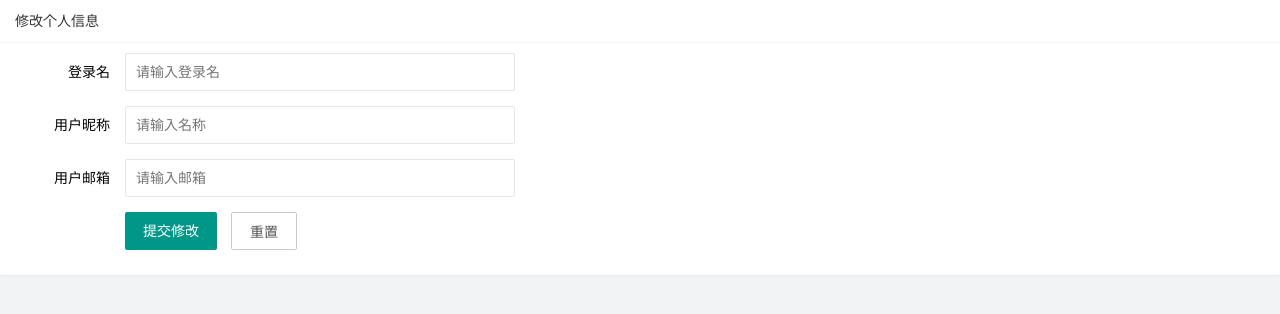
Repository: haloxxi/web_bigevent
Page: user/user-info.html
An editor plug-in stored every save of this project. The page is shown before and after the next save, followed by the edit.
The browser window is 1280 px wide. The pictures show the whole page.

Above is the page before, as saved 2022-06-24 22:08:50.

### user/user-info.html
<!DOCTYPE html>
<html lang="en">

<head>
    <meta charset="UTF-8">
    <meta http-equiv="X-UA-Compatible" content="IE=edge">
    <meta name="viewport" content="width=device-width, initial-scale=1.0">
    <title>Document</title>
    <!-- 先导入layUI的样式css -->
    <link rel="stylesheet" href="/assets/lib/layui/css/layui.css">
    <!-- 再导入自己写的样式css -->
    <link rel="stylesheet" href="/assets/css/user/user-info.css">

</head>

<body>
    <!-- 卡片区域 -->
    <div class="layui-card">
        <div class="layui-card-header">修改个人信息</div>
        <div class="layui-card-body">
            <!-- 这里是form表单 -->
            <form class="layui-form" action="">
                <div class="layui-form-item">
                    <label class="layui-form-label">登录名</label>
                    <div class="layui-input-block">
                        <!-- 只读属性readonly -->
                        <input type="text" name="username" required lay-verify="required" placeholder="请输入登录名" autocomplete="off" class="layui-input" readonly>
                    </div>
                </div>
                <div class="layui-form-item">
                    <label class="layui-form-label">用户昵称</label>
                    <div class="layui-input-block">
                        <!-- 必须还要实现验证nickname的验证规则 -->
                        <input type="text" name="nickname" required lay-verify="required|nickname" placeholder="请输入名称" autocomplete="off" class="layui-input">
                    </div>
                </div>
                <div class="layui-form-item">
                    <label class="layui-form-label">用户邮箱</label>
                    <div class="layui-input-block">
                        <!-- 这里有直接验证规则 email -->
                        <input type="text" name="email" required lay-verify="required|email" placeholder="请输入邮箱" autocomplete="off" class="layui-input">
                    </div>
                </div>
                <div class="layui-form-item">
                    <div class="layui-input-block">
                        <button class="layui-btn" lay-submit lay-filter="formDemo">提交修改</button>
                        <button type="reset" class="layui-btn layui-btn-primary">重置</button>
                    </div>
                </div>
            </form>
        </div>
    </div>

    <!-- 导入layUI的js -->
    <script src="/assets/lib/layui/layui.all.js"></script>
    <!-- 导入jQuery -->
    <script src="/assets/lib/jquery.js"></script>
    <!-- 导入baseAPI -->
    <script src="/assets/js/baseAPI.js"></script>
    <!-- 导入自己的js -->
    <script src="/assets/js/user/user-info.js"></script>



</body>

</html>

### assets/css/user/user-info.css
body,
html {
    margin: 0;
    padding: 0;
}

body {
    background-color: #f2f3f5;
}

.layui-form {
    width: 500px;
}

### assets/js/baseAPI.js
// 注意：每次调用$.get（）/$.ajax()的时候
// 会先调用个ajaxprefilter()这个函数
// 这个函数会给我们Ajax配置一个对象
$.ajaxPrefilter(function(options) {

    // 在发起真正的Ajax之前 统一拼接路径
    options.url = 'http://api-breakingnews-web.itheima.net' + options.url
    console.log(options.url)

    // 统一为有权限的接口设置headers
    // 不是所有都要加headers 只有my开头的需要
    if (options.url.indexOf('/my/') !== -1) {
        options.headers = {
            Authorization: localStorage.getItem('token') || ''
        }
    }

    // 全局挂载complete回调函数
    options.complete = function(res) {
        console.log('执行了complete回调')
        console.log(res)
            // 在complete函数中可以那倒res.responseJSON拿到响应回来的数据
        if (res.responseJSON.status === 1 && res.responseJSON.message === '身份认证失败！') {
            // 1-强制清空
            localStorage.removeItem('token')
                // 2-强制跳转登录页面
            location.href = '/login.html'
        }
    }
})

### assets/js/user/user-info.js
$(function() {
    var form = layui.form
        // 下边使用到layer提示框 所以要先获取
    var layer = layui.layer

    form.verify({
        nickname: function(value) {
            if (value.length > 6) {
                return '昵称必须1-6个字符之间'
            }
        }
    })
})


// 初始化用户信息
function initUserInfo() {
    $.ajax({
        method: 'GET',
        url: '/my/userinfo',
        success: function(res) {
            if (res.status !== 0) {
                return layer.msg('获取用户信息失败！')
            }
            console.log(res)
        }
    })
}

Loaded but not shown: assets/lib/layui/css/layui.css (library); assets/lib/layui/layui.all.js (library); assets/lib/jquery.js (library); assets/lib/layui/css/modules/laydate/default/laydate.css (library); assets/lib/layui/css/modules/layer/default/layer.css (library); assets/lib/layui/css/modules/code.css (common file)

After the next save:
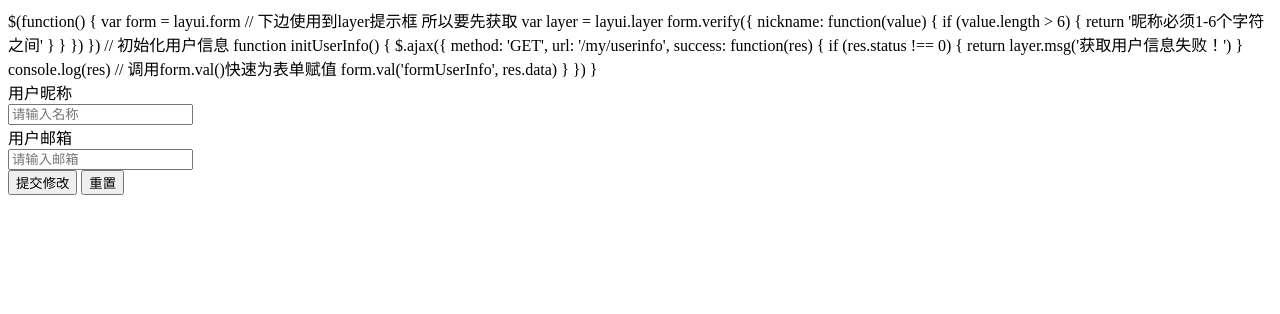
Saved 5 min 58 s later.
--- a/user/user-info.html
+++ b/user/user-info.html
@@ -1,64 +1,37 @@
-<!DOCTYPE html>
-<html lang="en">
+$(function() { var form = layui.form // 下边使用到layer提示框 所以要先获取 var layer = layui.layer form.verify({ nickname: function(value) { if (value.length > 6) { return '昵称必须1-6个字符之间' } } }) }) // 初始化用户信息 function initUserInfo() { $.ajax({ method: 'GET', url: '/my/userinfo',
+success: function(res) { if (res.status !== 0) { return layer.msg('获取用户信息失败！') } console.log(res) // 调用form.val()快速为表单赋值 form.val('formUserInfo', res.data) } }) }
+<div class="layui-form-item">
+    <label class="layui-form-label">用户昵称</label>
+    <div class="layui-input-block">
+        <!-- 必须还要实现验证nickname的验证规则 -->
+        <input type="text" name="nickname" required lay-verify="required|nickname" placeholder="请输入名称" autocomplete="off" class="layui-input">
+    </div>
+</div>
+<div class="layui-form-item">
+    <label class="layui-form-label">用户邮箱</label>
+    <div class="layui-input-block">
+        <!-- 这里有直接验证规则 email -->
+        <input type="text" name="email" required lay-verify="required|email" placeholder="请输入邮箱" autocomplete="off" class="layui-input">
+    </div>
+</div>
+<div class="layui-form-item">
+    <div class="layui-input-block">
+        <button class="layui-btn" lay-submit lay-filter="formDemo">提交修改</button>
+        <button type="reset" class="layui-btn layui-btn-primary">重置</button>
+    </div>
+</div>
+</form>
+</div>
+</div>
 
-<head>
-    <meta charset="UTF-8">
-    <meta http-equiv="X-UA-Compatible" content="IE=edge">
-    <meta name="viewport" content="width=device-width, initial-scale=1.0">
-    <title>Document</title>
-    <!-- 先导入layUI的样式css -->
-    <link rel="stylesheet" href="/assets/lib/layui/css/layui.css">
-    <!-- 再导入自己写的样式css -->
-    <link rel="stylesheet" href="/assets/css/user/user-info.css">
-
-</head>
-
-<body>
-    <!-- 卡片区域 -->
-    <div class="layui-card">
-        <div class="layui-card-header">修改个人信息</div>
-        <div class="layui-card-body">
-            <!-- 这里是form表单 -->
-            <form class="layui-form" action="">
-                <div class="layui-form-item">
-                    <label class="layui-form-label">登录名</label>
-                    <div class="layui-input-block">
-                        <!-- 只读属性readonly -->
-                        <input type="text" name="username" required lay-verify="required" placeholder="请输入登录名" autocomplete="off" class="layui-input" readonly>
-                    </div>
-                </div>
-                <div class="layui-form-item">
-                    <label class="layui-form-label">用户昵称</label>
-                    <div class="layui-input-block">
-                        <!-- 必须还要实现验证nickname的验证规则 -->
-                        <input type="text" name="nickname" required lay-verify="required|nickname" placeholder="请输入名称" autocomplete="off" class="layui-input">
-                    </div>
-                </div>
-                <div class="layui-form-item">
-                    <label class="layui-form-label">用户邮箱</label>
-                    <div class="layui-input-block">
-                        <!-- 这里有直接验证规则 email -->
-                        <input type="text" name="email" required lay-verify="required|email" placeholder="请输入邮箱" autocomplete="off" class="layui-input">
-                    </div>
-                </div>
-                <div class="layui-form-item">
-                    <div class="layui-input-block">
-                        <button class="layui-btn" lay-submit lay-filter="formDemo">提交修改</button>
-                        <button type="reset" class="layui-btn layui-btn-primary">重置</button>
-                    </div>
-                </div>
-            </form>
-        </div>
-    </div>
-
-    <!-- 导入layUI的js -->
-    <script src="/assets/lib/layui/layui.all.js"></script>
-    <!-- 导入jQuery -->
-    <script src="/assets/lib/jquery.js"></script>
-    <!-- 导入baseAPI -->
-    <script src="/assets/js/baseAPI.js"></script>
-    <!-- 导入自己的js -->
-    <script src="/assets/js/user/user-info.js"></script>
+<!-- 导入layUI的js -->
+<script src="/assets/lib/layui/layui.all.js"></script>
+<!-- 导入jQuery -->
+<script src="/assets/lib/jquery.js"></script>
+<!-- 导入baseAPI -->
+<script src="/assets/js/baseAPI.js"></script>
+<!-- 导入自己的js -->
+<script src="/assets/js/user/user-info.js"></script>
 
 
 
--- a/assets/js/user/user-info.js
+++ b/assets/js/user/user-info.js
@@ -23,6 +23,8 @@ function initUserInfo() {
                 return layer.msg('获取用户信息失败！')
             }
             console.log(res)
+                // 调用form.val()快速为表单赋值
+            form.val('formUserInfo', res.data)
         }
     })
 }

After the save that followed:
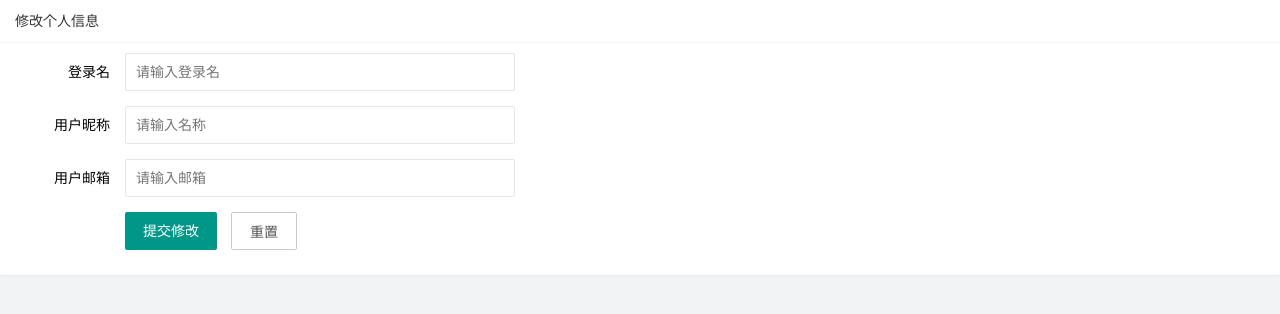
Saved 3 min 14 s later.
--- a/user/user-info.html
+++ b/user/user-info.html
@@ -1,37 +1,65 @@
-$(function() { var form = layui.form // 下边使用到layer提示框 所以要先获取 var layer = layui.layer form.verify({ nickname: function(value) { if (value.length > 6) { return '昵称必须1-6个字符之间' } } }) }) // 初始化用户信息 function initUserInfo() { $.ajax({ method: 'GET', url: '/my/userinfo',
-success: function(res) { if (res.status !== 0) { return layer.msg('获取用户信息失败！') } console.log(res) // 调用form.val()快速为表单赋值 form.val('formUserInfo', res.data) } }) }
-<div class="layui-form-item">
-    <label class="layui-form-label">用户昵称</label>
-    <div class="layui-input-block">
-        <!-- 必须还要实现验证nickname的验证规则 -->
-        <input type="text" name="nickname" required lay-verify="required|nickname" placeholder="请输入名称" autocomplete="off" class="layui-input">
+<!DOCTYPE html>
+<html lang="en">
+
+<head>
+    <meta charset="UTF-8">
+    <meta http-equiv="X-UA-Compatible" content="IE=edge">
+    <meta name="viewport" content="width=device-width, initial-scale=1.0">
+    <title>Document</title>
+    <!-- 先导入layUI的样式css -->
+    <link rel="stylesheet" href="/assets/lib/layui/css/layui.css">
+    <!-- 再导入自己写的样式css -->
+    <link rel="stylesheet" href="/assets/css/user/user-info.css">
+
+</head>
+
+<body>
+    <!-- 卡片区域 -->
+    <div class="layui-card">
+        <div class="layui-card-header">修改个人信息</div>
+        <div class="layui-card-body">
+            <!-- 这里是form表单 -->
+            <!-- form.val('filter', object);用于js对数值的重新赋值 -->
+            <form class="layui-form" action="" lay-filter="formUserInfo">
+                <div class="layui-form-item">
+                    <label class="layui-form-label">登录名</label>
+                    <div class="layui-input-block">
+                        <!-- 只读属性readonly -->
+                        <input type="text" name="username" required lay-verify="required" placeholder="请输入登录名" autocomplete="off" class="layui-input" readonly>
+                    </div>
+                </div>
+                <div class="layui-form-item">
+                    <label class="layui-form-label">用户昵称</label>
+                    <div class="layui-input-block">
+                        <!-- 必须还要实现验证nickname的验证规则 -->
+                        <input type="text" name="nickname" required lay-verify="required|nickname" placeholder="请输入名称" autocomplete="off" class="layui-input">
+                    </div>
+                </div>
+                <div class="layui-form-item">
+                    <label class="layui-form-label">用户邮箱</label>
+                    <div class="layui-input-block">
+                        <!-- 这里有直接验证规则 email -->
+                        <input type="text" name="email" required lay-verify="required|email" placeholder="请输入邮箱" autocomplete="off" class="layui-input">
+                    </div>
+                </div>
+                <div class="layui-form-item">
+                    <div class="layui-input-block">
+                        <button class="layui-btn" lay-submit lay-filter="formDemo">提交修改</button>
+                        <button type="reset" class="layui-btn layui-btn-primary">重置</button>
+                    </div>
+                </div>
+            </form>
+        </div>
     </div>
-</div>
-<div class="layui-form-item">
-    <label class="layui-form-label">用户邮箱</label>
-    <div class="layui-input-block">
-        <!-- 这里有直接验证规则 email -->
-        <input type="text" name="email" required lay-verify="required|email" placeholder="请输入邮箱" autocomplete="off" class="layui-input">
-    </div>
-</div>
-<div class="layui-form-item">
-    <div class="layui-input-block">
-        <button class="layui-btn" lay-submit lay-filter="formDemo">提交修改</button>
-        <button type="reset" class="layui-btn layui-btn-primary">重置</button>
-    </div>
-</div>
-</form>
-</div>
-</div>
 
-<!-- 导入layUI的js -->
-<script src="/assets/lib/layui/layui.all.js"></script>
-<!-- 导入jQuery -->
-<script src="/assets/lib/jquery.js"></script>
-<!-- 导入baseAPI -->
-<script src="/assets/js/baseAPI.js"></script>
-<!-- 导入自己的js -->
-<script src="/assets/js/user/user-info.js"></script>
+    <!-- 导入layUI的js -->
+    <script src="/assets/lib/layui/layui.all.js"></script>
+    <!-- 导入jQuery -->
+    <script src="/assets/lib/jquery.js"></script>
+    <!-- 导入baseAPI -->
+    <script src="/assets/js/baseAPI.js"></script>
+    <!-- 导入自己的js -->
+    <script src="/assets/js/user/user-info.js"></script>
 
 
 
